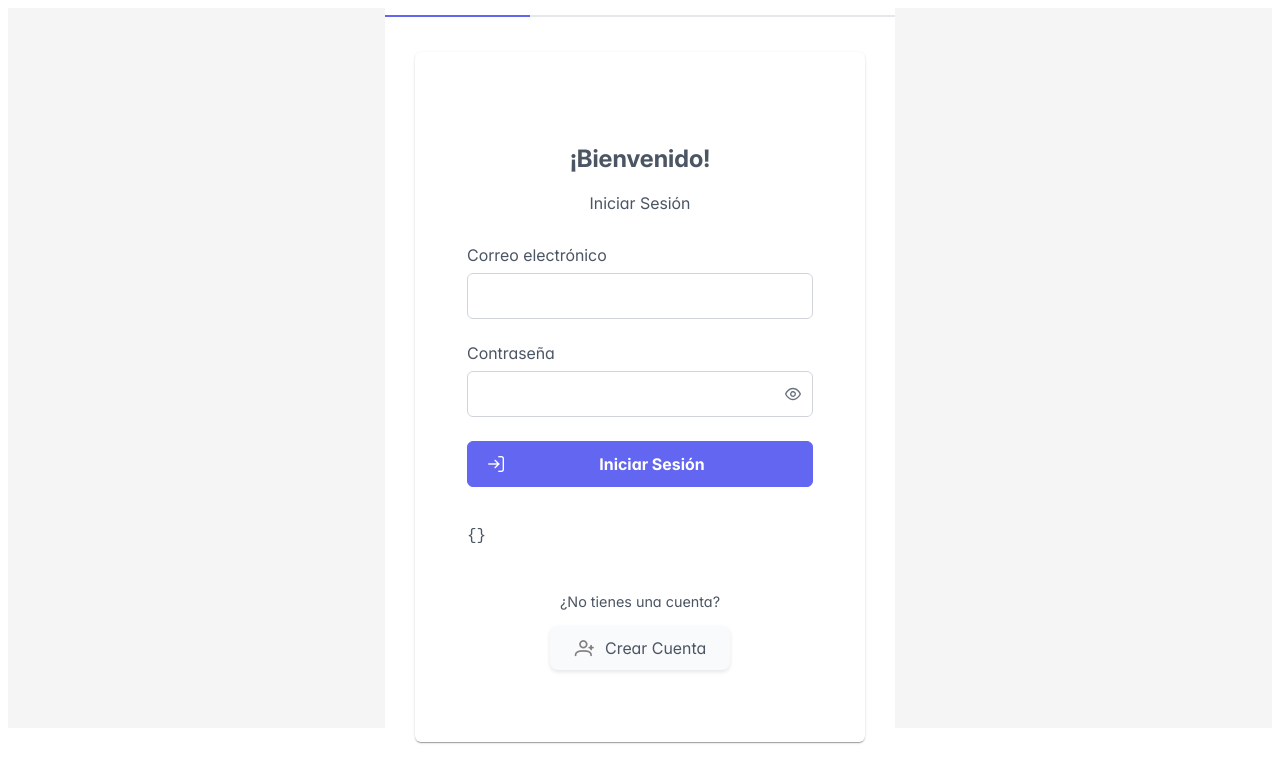
Repository: nder1996/Info_Colombia
Page: / (app in fronted/gestion-tareas/)
These files come from the project's save history. The page is drawn as it stood at one moment and after the next save; the edit follows.
The browser window is 1280 px wide. The pictures show the whole page.
The project was rebuilt for these pictures with package versions that can differ from the ones it lists, and the page was loaded fresh each time. Also part of the build but not shown: fronted/gestion-tareas/src/routes/ProtectedRoute.tsx, fronted/gestion-tareas/src/components/gestion-tareas/GestionTareas.css, fronted/gestion-tareas/src/services/GestionTareasService.ts, fronted/gestion-tareas/src/services/SummaryServices.ts, fronted/gestion-tareas/src/services/UsuarioService.ts, fronted/gestion-tareas/src/services/WebSocketService.ts, fronted/gestion-tareas/src/hooks/useNotifications.ts, fronted/gestion-tareas/src/components/gestion-tareas/GestionTareas.tsx and 2 more.

Above is the page before, as saved 2025-02-24 03:30:16.

### fronted/gestion-tareas/src/index.css
.App {
  display: flex;
  justify-content: center;
  align-items: center;
  height: 100vh !important;
  width: 100% !important;
  background-color: #f5f5f5;
  padding: 0 !important;
  /*border:1px solid red !important;*/
  /* You can add more styles as needed */
}

### fronted/gestion-tareas/src/App.tsx
import React, { useRef } from 'react';
import { BrowserRouter } from 'react-router-dom';
import './App.css';
import AppRoutes from './routes/AppRoutes';
import useAuthStore from './store/auth/useAuthStore';
import './services/InterceptorAuth';
import { ToastProvider } from './context/ToastContext';

import "primereact/resources/themes/lara-light-indigo/theme.css";
import "primereact/resources/primereact.min.css";
import "primeicons/primeicons.css";
import { LanguageProvider } from './context/LanguageContext';



function App() {
  const auth = useAuthStore((state) => state.Auth)
  return (
    <ToastProvider>
      <LanguageProvider>
        <div className="App">
          <BrowserRouter>
            <AppRoutes />
          </BrowserRouter>
        </div>
      </LanguageProvider>
    </ToastProvider>
  );
}

export default App;

### fronted/gestion-tareas/src/App.css
@import "primereact/resources/themes/lara-light-indigo/theme.css";
@import "primereact/resources/primereact.min.css";
@import "primeicons/primeicons.css";

### fronted/gestion-tareas/src/routes/AppRoutes.tsx
import React from "react";
import { Routes, Route, Navigate } from "react-router-dom";
import ProtectedRoute from "./ProtectedRoute";
import useAuthStore from "../store/auth/useAuthStore";
import GestionTareas from "src/components/gestion-tareas/GestionTareas";
import InicioSession from "src/components/InicioSession/InicioSession";
import Registrarse from "src/components/Registrarse/Registrarse";
import Ingreso from "src/components/Ingreso/Ingreso";

const AppRoutes: React.FC = () => {
  const auth = useAuthStore((state) => state.Auth);

  return (
    <Routes>
      {/*
        <Route path="/login" element={<InicioSession />} />
      <Route path="/Registro" element={<Registrarse />} />
      */}

      <Route path="/Bienvenido" element={<Ingreso />} />
      <Route element={<ProtectedRoute />}>
        <Route path="/GestionTareas" element={<GestionTareas />} />
      </Route>
      <Route path="*" element={<Navigate to="/Bienvenido" replace />} />

      {/*   <Route path="*" element={<Navigate to={auth.isAuthenticated ? "/GestionTareas" : "/Ingreso"} replace />} /> */}

    </Routes>
  );
};

export default AppRoutes;

### fronted/gestion-tareas/src/store/auth/useAuthStore.ts
import { AuthService } from 'src/services/AuthService';
import { create } from 'zustand'

type AuthState = { Auth: { token: string | null ; isAuthenticated: boolean |null ; username:string | null } }

type AuthStateStoreActions = {
  setAuth: (nextAuth: AuthState['Auth']) => void
}

type AuthStore = AuthState & AuthStateStoreActions;

const useAuthStore = create<AuthStore>()((set) => ({
  Auth: AuthService.getInfoSession() || {
    token: null,
    isAuthenticated: false,
    username: null
  },
  setAuth: (nextAuth) => set({ Auth: nextAuth })
}));

export default useAuthStore;




//export default useAuthStore;

### fronted/gestion-tareas/src/services/InterceptorAuth.ts
import axios from 'axios';
import { AuthService } from './AuthService';

const InterceptorAuth = {
  usuario: axios.create({
    baseURL: 'http://localhost:8700/api/usuario'
  }),
  summary: axios.create({
    baseURL: 'http://localhost:8700/api/summary/'
  }),
  tarea: axios.create({
    baseURL: 'http://localhost:8700/api/tarea/'
  })
};

Object.values(InterceptorAuth).forEach(api => {
  api.interceptors.request.use(
    (config) => {
      const token = AuthService.getToken()?.replace(/"/g, '');
      if (token) {
        config.headers.Authorization = `Bearer ${token}`;
      }
      //console.log("se le agrego el token a la peticion: " + config.url+"  token "+config.headers.Authorization);
      return config;
    },
    (error) => Promise.reject(error)
  );

  api.interceptors.response.use(
    (response) => response,
    (error) => {
      if (error.response?.status !== 200 && error.response?.status !== 201) {
        AuthService.logout();
        window.location.href = '/login';
      }
      return Promise.reject(error);
    }
  );
});

export default InterceptorAuth;

### fronted/gestion-tareas/src/context/ToastContext.tsx
import { createContext, useContext, useRef } from 'react';
import { Toast } from 'primereact/toast';


interface ToastService {
    mostrarExito: (titulo: string, detalle?: string) => void;
    mostrarError: (titulo: string, detalle?: string) => void;
    mostrarInfo: (titulo: string, detalle?: string) => void;
    mostrarAdvertencia: (titulo: string, detalle?: string) => void;
}

const ToastContext = createContext<ToastService>({} as ToastService);

export const ToastProvider = ({ children }: { children: React.ReactNode }) => {
    const toast = useRef<Toast>(null);

    const mostrarExito = (titulo: string, detalle?: string) => {
        toast.current?.show({
            severity: 'success',
            summary: titulo,
            detail: detalle,
            life: 3000
        });
    };

    const mostrarError = (titulo: string, detalle?: string) => {
        toast.current?.show({
            severity: 'error',
            summary: titulo,
            detail: detalle,
            life: 5000
        });
    };

    const mostrarInfo = (titulo: string, detalle?: string) => {
        toast.current?.show({
            severity: 'info',
            summary: titulo,
            detail: detalle,
            life: 3000
        });
    };

    const mostrarAdvertencia = (titulo: string, detalle?: string) => {
        toast.current?.show({
            severity: 'warn',
            summary: titulo,
            detail: detalle,
            life: 4000
        });
    };

    return (
        <ToastContext.Provider value={{ mostrarExito, mostrarError, mostrarInfo, mostrarAdvertencia }}>
            <Toast ref={toast} position="top-right" />
            {children}
        </ToastContext.Provider>
    );
};

export const useToast = () => useContext(ToastContext);

### fronted/gestion-tareas/src/context/LanguageContext.tsx
import React, { createContext, useContext, useState } from 'react';
import { traducciones } from 'src/i18n/traducciones';
import { Language, ITranslations } from 'src/i18n/types';

interface LanguageContextType {
  language: Language;
  t: ITranslations;
  changeLanguage: (lang: Language) => void;
}

const LanguageContext = createContext<LanguageContextType>({} as LanguageContextType);

export const LanguageProvider = ({ children }: { children: React.ReactNode }) => {
  const [language, setLanguage] = useState<Language>('es');

  const changeLanguage = (lang: Language) => {
    setLanguage(lang);
  };

  const value = {
    language,
    t: traducciones[language],
    changeLanguage
  };

  return (
    <LanguageContext.Provider value={value}>
      {children}
    </LanguageContext.Provider>
  );
};



export const useLanguage = () => {
  const context = useContext(LanguageContext);
  if (!context) {
    throw new Error('useLanguage must be used within a LanguageProvider');
  }
  return context;
};

### fronted/gestion-tareas/src/components/Ingreso/Ingreso.tsx
import React, { useState } from 'react';
import './Ingreso.css';
import { TabView, TabPanel } from 'primereact/tabview';
import 'primereact/resources/themes/saga-blue/theme.css';
import 'primereact/resources/primereact.min.css';
import 'primeicons/primeicons.css';
import Registrarse from '../Registrarse/Registrarse';
import InicioSession from '../InicioSession/InicioSession';
import NavbarIdioma from '../navbar-idioma/navbar-idioma';

const Ingreso = () => {


  return (
    <div className="login-wrapper">
      <TabView>
        <TabPanel header="Iniciar Sesión">
          <div className="login-container">
            <InicioSession></InicioSession>
          </div>
        </TabPanel>
        <TabPanel header="Registro">
          <div className="login-container">
            <Registrarse></Registrarse>
          </div>
        </TabPanel>
      </TabView>

    </div>
  );
};

export default Ingreso;

### fronted/gestion-tareas/src/services/AuthService.ts
import useAuthStore from 'src/store/auth/useAuthStore';
import { create } from 'zustand';
import { LocalStarogeService } from './LocalStorageService';



export interface AuthData {
  token: string | null;
  isAuthenticated: boolean | null;
  username: string | null;
}


 export class AuthService {

  static saveToken(auth: AuthData) {
    LocalStarogeService.save('authToken', JSON.stringify(auth));
  }

  static getToken(): string {
    const authData = JSON.parse(LocalStarogeService.get('authToken') || "") ;
    return authData.token || '';
  }

  static getInfoSession(): AuthData {
    try {
      const session = LocalStarogeService.get('authToken');
      if (!session || typeof session !== 'string') {
        return { token: '', isAuthenticated: false, username: '' };
      }
      const parsed = JSON.parse(session) as AuthData;
      return parsed;
    } catch {
      return { token: '', isAuthenticated: false, username: '' };
    }
  }
  static isAuthenticated(): boolean {
    return !!this.getToken();
  }

  static logout(): void {
    localStorage.removeItem('authToken');
    //useAuthStore.getState().clearAuth();
  }

  static getAuthHeader() {
    const token = this.getToken()?.replace(/"/g, '');
    return token ? { Authorization: `Bearer ${token}` } : {};
  }
}

### fronted/gestion-tareas/src/components/InicioSession/InicioSession.tsx
import React, { useRef, useState } from 'react';
import './InicioSession.css';
import 'primereact/resources/themes/saga-blue/theme.css';
import 'primereact/resources/primereact.min.css';
import 'primeicons/primeicons.css';


import { Card } from 'primereact/card';
import { InputText } from 'primereact/inputtext';
import { Button } from 'primereact/button';
import { Toast } from 'primereact/toast';
import { useForm } from 'react-hook-form';
import { yupResolver } from '@hookform/resolvers/yup';
import * as yup from 'yup';
import { SesionServices } from 'src/services/SesionServices';
import useAuthStore from 'src/store/auth/useAuthStore';
import { Navigate, useNavigate } from 'react-router-dom';
import { setTimeout } from 'timers/promises';
import { AuthService } from 'src/services/AuthService';
import { Divider } from 'primereact/divider';
import { Password } from 'primereact/password';
import { useToast } from 'src/context/ToastContext';
import NavbarIdioma from '../navbar-idioma/navbar-idioma';
import { useLanguage } from 'src/context/LanguageContext';
import { traducciones } from 'src/i18n/traducciones';
import { Language } from 'src/i18n/types';



interface FormInputs {
  username: string;
  password: string;
}


const createValidationSchema = (t: typeof traducciones, language: Language) => yup.object({
  username: yup
    .string()
    .required(t[language].autenticacion.emailRequerido)
    .email(t[language].autenticacion.emailValido),
  password: yup
    .string()
    .required(t[language].autenticacion.contrasenaRequerida)
});

const InicioSession = () => {
  const [isLoading, setIsLoading] = useState(false);
  const setUseAuthState = useAuthStore((state) => state.setAuth);
  const Auth = useAuthStore((state) => state.Auth);
  const navigate = useNavigate();
  const { mostrarExito, mostrarError } = useToast();
  const { language } = useLanguage();
  const texts = traducciones[language].autenticacion;
  const schema = createValidationSchema(traducciones, language);

  const { register, handleSubmit, formState: { errors }, setValue, watch } = useForm<FormInputs>({
    resolver: yupResolver(schema)
  });

  const onSubmit = async (data: FormInputs) => {
    try {
      setIsLoading(true);
      await SesionServices.login(data.username, data.password);
      const token = AuthService.getToken();
      if (!token || token.trim() === "") {
        mostrarError('Error', 'Usuario o contraseña inválidos');
        return;
      }
      setIsLoading(false);
      setUseAuthState({
        token: token,
        isAuthenticated: true,
        username: data.username
      });
      mostrarExito('¡Bienvenido!', `Bienvenido ${data.username}`);
    } catch (error: any) {
      mostrarError('Error', 'Error al procesar el inicio de sesión');
    }
  };



  if (Auth.isAuthenticated) {
    return <Navigate to="/GestionTareas" />;
  }



  return (
    <div className="login-container">
      <Card className="login-card">
        <div className="login-header">
          <h2>{texts.bienvenido}</h2>
          <p>{texts.iniciarSesion}</p>
        </div>
        <form onSubmit={handleSubmit(onSubmit)} className="p-fluid form-inicio">
          <div className="field">
            <label>{texts.correo}</label>
            <InputText
              {...register('username')}
              className={errors.username ? 'p-invalid' : ''}
              onChange={(e) => {
                register('username').onChange(e);
              }}
            />
            {errors.username && (
              <p className="p-error">{errors.username.message}</p>
            )}
          </div>

          <div className="field">
            <label>{texts.contrasena}</label>
            <Password
              {...register('password')}
              className={errors.password ? 'p-invalid' : ''}
              feedback={false}
              toggleMask
              onChange={(e) => setValue('password', e.target.value)}
              inputRef={register('password').ref}
            />
            {errors.password && (
              <small className="p-error">{errors.password.message}</small>
            )}
          </div>
          <Button
            type="submit"
            label={isLoading ? 'Iniciando sesión...' : 'Iniciar Sesión'}
            icon={isLoading ? 'pi pi-spinner pi-spin' : 'pi pi-sign-in'}
          />
          <pre>{JSON.stringify(watch(), null, 2)}</pre>
        </form>
        <div className="register-section">
          <p className="register-text">{texts.noTienesCuenta}</p>
          <a className="register-link" onClick={() => navigate('/registro')}>
            <i className="pi pi-user-plus register-icon" />
            <span>{texts.crearCuenta}</span>
          </a>
        </div>
      </Card>

    </div>
  );
};

export default InicioSession;

### fronted/gestion-tareas/src/services/localStorageService.ts
export class LocalStarogeService{


  public static save(key: string, value: any): void {
    try {
      const serializedValue = JSON.stringify(value);
      localStorage.setItem(key, serializedValue);
    } catch (error) {
      console.error('Error saving to localStorage:', error);
    }
  }



  public static get<T>(key: string, defaultValue: T | null = null): T | null {
    try {
      const item = localStorage.getItem(key);
      return item ? JSON.parse(item) : defaultValue;
    } catch (error) {
      console.error('Error retrieving from localStorage:', error);
      return defaultValue;
    }
  }



  public static remove(key: string): void {
    try {
      localStorage.removeItem(key);
    } catch (error) {
      console.error('Error removing from localStorage:', error);
    }
  }


  public static exists(key: string): boolean {
    return localStorage.getItem(key) !== null;
  }


  public static clear(): void {
    try {
      localStorage.clear();
    } catch (error) {
      console.error('Error clearing localStorage:', error);
    }
  }


  public static update(key: string, value: any): void {
    try {
      const existingValue = this.get(key, {});
      const updatedValue = { ...existingValue, ...value };
      this.save(key, updatedValue);
    } catch (error) {
      console.error('Error updating localStorage:', error);
    }
  }


  public static getAllKeys(): string[] {
    const keys: string[] = [];
    for (let i = 0; i < localStorage.length; i++) {
      const key = localStorage.key(i);
      if (key) {
        keys.push(key);
      }
    }
    return keys;
  }
}

### fronted/gestion-tareas/src/components/Registrarse/Registrarse.css
.auth-container {
  display: flex;
  justify-content: center;
  align-items: center;
  min-height: 100vh;
  background: linear-gradient(135deg, #f6f7fb 0%, #f0f2f7 100%);
  padding: 20px;
  width: 100%;
}

.auth-card {
  background: white;
  padding: 2.5rem;
  border-radius: 16px;
  width: 100%;
  max-width: 450px;
  box-shadow: 0 10px 25px rgba(0, 0, 0, 0.05);
}

.auth-header {
  text-align: center;
  margin-bottom: 2.8rem;
}

.auth-header h2 {
  color: #2d3748;
  font-size: 1.875rem;
  font-weight: 600;
  margin-bottom: 0.5rem;
}

.auth-header p {
  color: #718096;
  font-size: 0.95rem;
}

.auth-form {
  display: flex;
  flex-direction: column;
  gap: 2.5rem;
}

.form-group {
  position: relative;
}

.form-input {
  width: 100% !important;
  padding: 1rem !important;
  border: 1px solid #e2e8f0 !important;
  border-radius: 10px !important;
  background: #f8fafc !important;
  transition: all 0.3s ease !important;


  /*margin-top: 1rem !important;*/
}

.form-input:hover {
  background: #fff !important;
  border-color: #cbd5e1 !important;
}

.form-input:focus {
  background: #fff !important;
  border-color: #3b82f6 !important;
  box-shadow: 0 0 0 3px rgba(59, 130, 246, 0.1) !important;
}

.p-float-label {
  /*display: block;*/
}

.p-float-label label {
  background: transparent !important;
  color: #64748b !important;
  font-size: 0.875rem !important;
}

/*.p-float-label input:focus ~ label,
.p-float-label input.p-filled ~ label {
  transform: translateY(-1.5rem) scale(0.85) !important;
  color: #3b82f6 !important;
}*/

.p-password {
  width: 100% !important;
}

.p-password-input {
  width: 100% !important;
}

.table-cell {
  text-align: center;
}

.table-header {
  text-align: center;
}

/* Para centrar verticalmente también */
.table-cell, .table-header {
  vertical-align: middle;
}

### fronted/gestion-tareas/src/services/SesionServices.ts
import axios from "axios";
import { AuthData, AuthService } from "./AuthService";
import { LocalStarogeService } from "./LocalStorageService";
import { ApiResponse } from "src/models/ApiResponse";



export interface usuarioRegister {
    id: number;
    nombre: string;
    email: string;
    password: string;
}
export class SesionServices  {
    private static readonly baseUrl = 'http://localhost:8700/api/auth';


    public static async login(username: string, password: string): Promise<void> {
        try {
            const response = await axios.post(`${this.baseUrl}/login`, {
                username,
                password
            });

            const token = response.data.token;
            const authData: AuthData = {
                token: token,
                username: username,
                isAuthenticated: true
            };

            AuthService.saveToken(authData);
        } catch (error) {
            console.error('Login failed:', error);
            throw error;
        }
    }

    public static async registre(user: usuarioRegister): Promise<ApiResponse<string>> {
        try {
            const response = await axios.post(`${this.baseUrl}/register`, user);
            return response.data;
        } catch (error) {
            console.error('Login failed:', error);
            throw error;
        }
    }


}

### fronted/gestion-tareas/src/components/InicioSession/InicioSession.css
.login-container {
  display: flex;
  justify-content: center;
  align-items: center;
  flex-direction: column !important;
  min-height: 100vh;
  padding: 0 !important;
  margin: 0 !important;
}



.login-header {
  text-align: center;
  margin-bottom: 2rem;
}

.form-inicio {
  display: flex;
  flex-direction: column;
  gap: 1.5rem;
}

.field {
  display: flex;
  flex-direction: column;
  gap: 0.5rem;
}

.register-section {
  margin-top: 2rem;
  text-align: center;
 }

 .register-link {
  display: inline-flex;
  align-items: center;
  gap: 0.75rem;
  padding: 0.75rem 1.5rem;
  border-radius: 8px;
  background: var(--surface-50);
  transition: all 0.2s ease;
  box-shadow: 0 2px 4px rgba(0,0,0,0.1);
  cursor: pointer !important;
 }

 .register-link:hover {
  background: var(--surface-100);
  transform: translateY(-2px);
  box-shadow: 0 4px 8px rgba(0,0,0,0.15);
 }

 .register-icon {
  color: grey;
  font-size: 1.2rem;
 }

 .register-text {
  font-size: 0.9rem;
  color: var(--text-color);
  margin-bottom: 1rem;
 }

 .login-container {
  display: flex;
  flex-direction: column;
  min-height: 100vh;
}

.login-card {
  margin: 10px;
  width: 100%;
  width: 450px;
  padding: 2rem;
}


.navbar-idioma {
  width: 100%;
  padding: 1rem;
}

Loaded but not shown: fronted/gestion-tareas/public/index.html (common file); fronted/gestion-tareas/src/index.js (common file); fronted/gestion-tareas/src/reportWebVitals.js (common file); fronted/gestion-tareas/src/i18n/traducciones.ts (164 lines, source omitted)

After the next save:
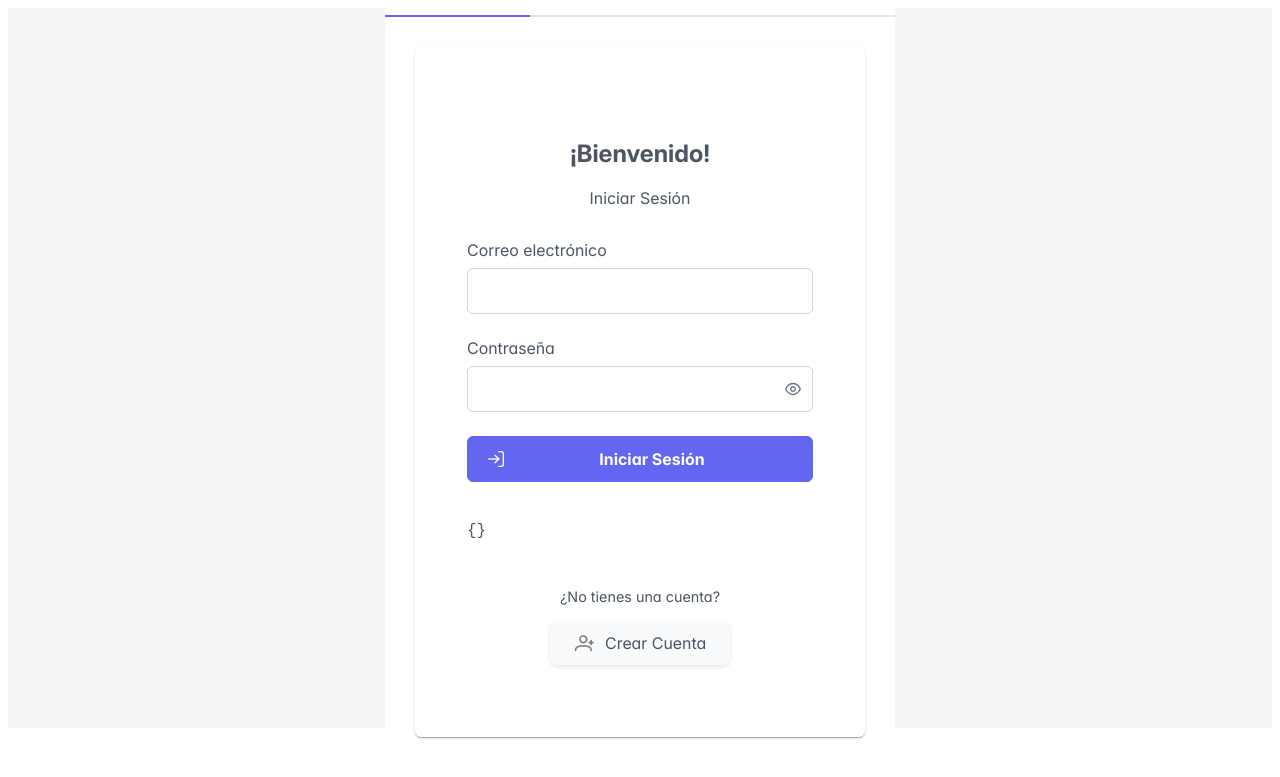
Saved 19 s later.
--- a/fronted/gestion-tareas/src/components/InicioSession/InicioSession.css
+++ b/fronted/gestion-tareas/src/components/InicioSession/InicioSession.css
@@ -1,14 +1,3 @@
-.login-container {
-  display: flex;
-  justify-content: center;
-  align-items: center;
-  flex-direction: column !important;
-  min-height: 100vh;
-  padding: 0 !important;
-  margin: 0 !important;
-}
-
-
 
 .login-header {
   text-align: center;
